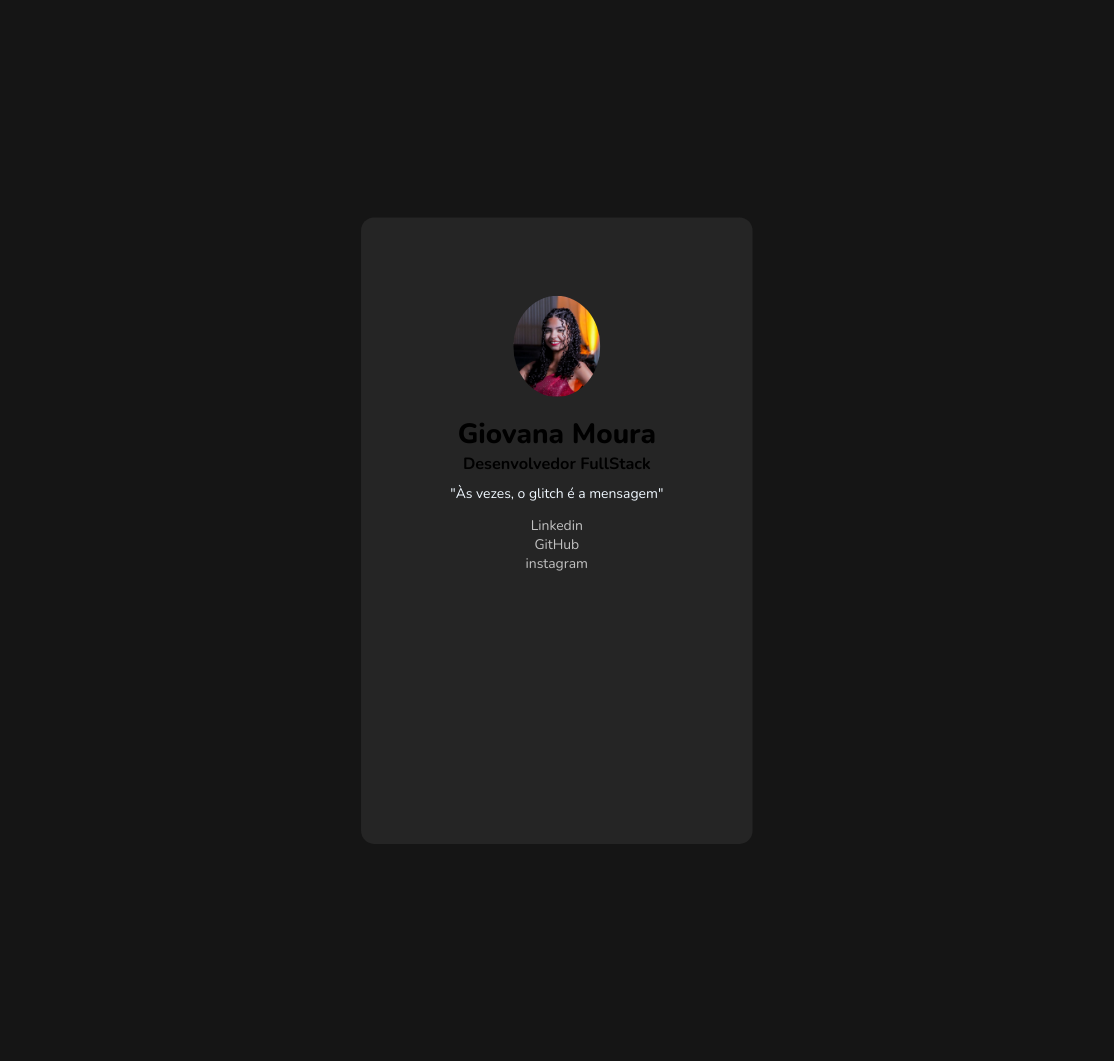
Repository: gimoli/linktree-giovana
Page: index.html
These files come from the project's save history. The page is drawn as it stood at one moment and after the next save; the edit follows.
The browser window is 1280 px wide. The pictures show the whole page, at 87% of full size.

Above is the page before, as saved 2025-04-11 10:10:39.

### index.html
<!DOCTYPE html>
<html lang="en">
<head>
    <meta charset="UTF-8">
    <meta name="viewport" content="width=device-width, initial-scale=1.0">
    <title>linktree Giovana</title>
    <link rel="stylesheet" href="style.css">
    <link rel="preconnect" href="https://fonts.googleapis.com">
<link rel="preconnect" href="https://fonts.gstatic.com" crossorigin>
<link href="https://fonts.googleapis.com/css2?family=Nunito:ital,wght@0,200..1000;1,200..1000&display=swap" rel="stylesheet">
</head>
<body>
    <div class="container-main">
        <div class="container-imagem">
            <img src="./image-profile.jfif" alt="foto perfil"/>
        </div>
        <div class="container-infos">
            <h1>Giovana Moura</h1>
            <h3>Desenvolvedor FullStack</h3>
        </div>
        <div class="container-easter-egg">
            <p>"Às vezes, o glitch é a mensagem"</p>
        </div>
        <div class="container-social">
            <ul>
                <a href="https://www.linkedin.com/in/giovana-moura-3543032bb/" target="_blank" class="botao-linktree-1">
                     <li>Linkedin</li>
                </a>
                <a href="https://github.com/gimoli" target="_blank" class="botao-linktree-2">
                     <li>GitHub</li>
                </a>
                <a href="https://www.instagram.com/gimoli_n?igsh=cTNvNDJ0M3owb3Vs&utm_source=qr" target="_blank" class="botao-linktree-3">
                     <li>instagram</li>
                </a>
            </ul>
        </div>
    </div>
</body>
</html>

### style.css
*{
    font-family: "Nunito", sans-serif;
    margin: 0;
    padding: 0;
    box-sizing: border-box;
}

body {
    background-color: rgb(21, 21, 21);
}

.container-main {
    background-color: rgb(37, 37, 37);
    width: 450px;
    height: 720px;
    box-sizing: border-box;
    margin: 250px auto;
    padding: 90px;
    border-radius: 15px;
    text-align: center;
}

.container-imagem img{
    margin: 0 60px;
    width: 100px;
    border-radius: 100%;
}

.container-infos {
    margin-top: 15px;
    margin-bottom: 10px;
}

.container-infos h1 {
    font-weight: 800;
}

.container-infos h2{
  color: #e32363;
    margin-top: 10px;
    margin-bottom: px;
    font-weight: 600;
    font-size: 18px;
}

.container-easter-egg {
    margin-bottom: 15px;
    color: aliceblue;
}

.container-social ul{
    list-style-type: none;
}

.container-social a{
    text-decoration: none;
    color: rgb(194, 194, 194);
}

.container-social{
  margin-top: ;
}

.container-social li {

}

After the next save:
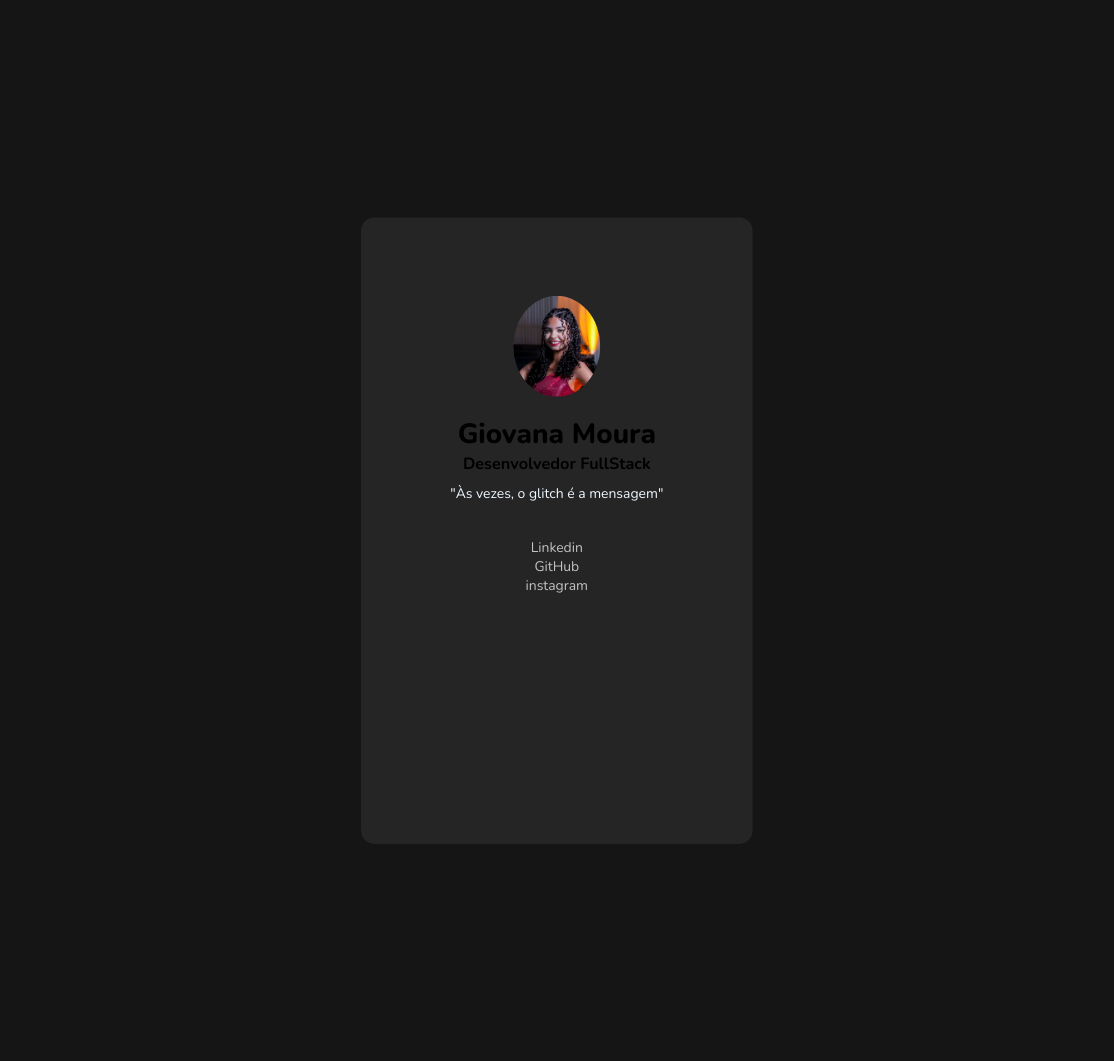
Saved 5 s later.
--- a/style.css
+++ b/style.css
@@ -58,7 +58,7 @@ body {
 }
 
 .container-social{
-  margin-top: ;
+  margin-top: 40px;
 }
 
 .container-social li {
